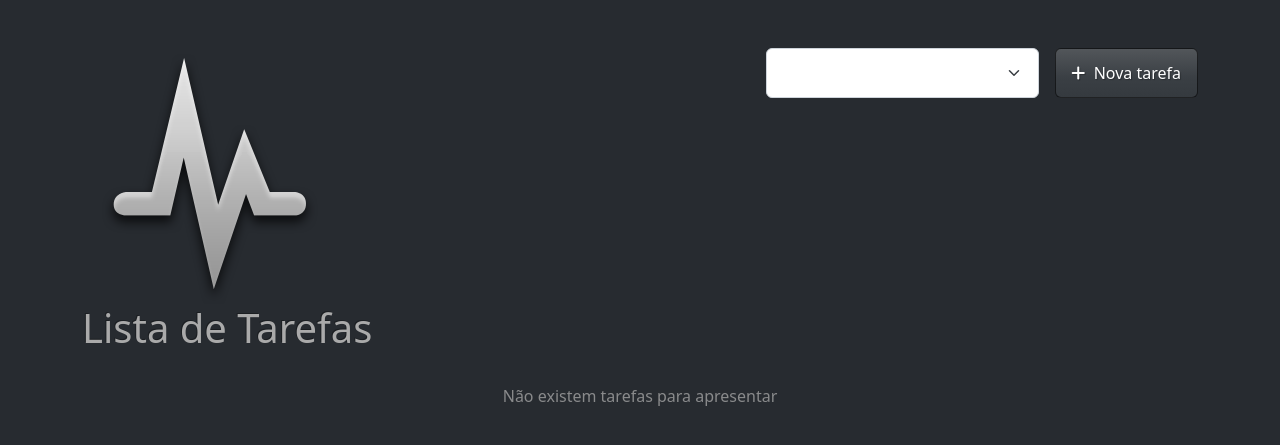
Repository: cargugati/lista_tarefas
Page: frontEnd/index.html
These files come from the project's save history. The page is drawn as it stood at one moment and after a run of saves; the edit follows.
The browser window is 1280 px wide. The pictures show the whole page.

Above is the page before, as saved 2023-03-18 20:18:54.

### frontEnd/index.html
<!DOCTYPE html>
<html lang="pt-br">

<head>
  <meta charset="UTF-8">
  <meta http-equiv="X-UA-Compatible" content="IE=edge">
  <meta name="viewport" content="width=device-width, initial-scale=1.0">
  <title>Lista de Tarefas</title>
  <link rel="stylesheet" href="./assets/css/bootstrap.min.css">
  <link rel="stylesheet" href="./assets/fontawesome/css/all.min.css">
  <link rel="shortcut icon" href="./assets/images/favicon.png" type="image/png">
</head>

<body>
  <div class="container my-5">

  <!--  -->
    <div class="row mb-4">
      <div class="col">
        <img src="./assets/images/favicon.png" alt="Logo" class="img-fluid" width="">
        <h1>Lista de Tarefas</h1>
      </div>
      <div class="col text-end">
        <div class="d-flex justify-content-end">
          <select id="select_filter" class="form-select w-50 me-3">
            <option value=""></option>
            <option value="1">1</option>
          </select>
          <a href="new_task.html" class="btn btn-primary"><i class="fa-solid fa-plus me-2"></i>Nova tarefa</a>
        </div>
      </div>
    </div>

    <!--   d-none-->
    <div class="row " id="no_tasks">
      <div class="col text-center">
      <span class="opacity-75">Não existem tarefas para apresentar</span>
      </div>
    </div>
  </div>


  <script src="./assets/js/bootstrap.bundle.min.js"></script>
</body>

</html>

Loaded but not shown: frontEnd/assets/css/bootstrap.min.css (library); frontEnd/assets/fontawesome/css/all.min.css (library); frontEnd/assets/js/bootstrap.bundle.min.js (library)

After the next 2 saves:
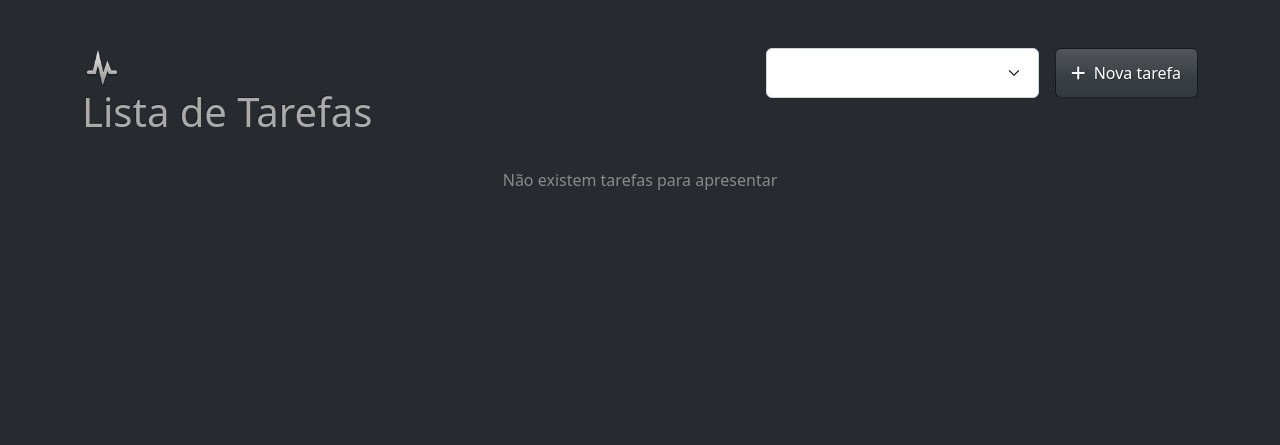
The 2 saves are shown as one change because they came seconds apart.
The last was saved 6 s later.
--- a/frontEnd/index.html
+++ b/frontEnd/index.html
@@ -14,10 +14,10 @@
 <body>
   <div class="container my-5">
 
-  <!--  -->
+    <!--  -->
     <div class="row mb-4">
       <div class="col">
-        <img src="./assets/images/favicon.png" alt="Logo" class="img-fluid" width="">
+        <img src="./assets/images/favicon.png" alt="Logo" class="img-fluid" width="40px">
         <h1>Lista de Tarefas</h1>
       </div>
       <div class="col text-end">
@@ -34,7 +34,7 @@
     <!--   d-none-->
     <div class="row " id="no_tasks">
       <div class="col text-center">
-      <span class="opacity-75">Não existem tarefas para apresentar</span>
+        <span class="opacity-75">Não existem tarefas para apresentar</span>
       </div>
     </div>
   </div>
